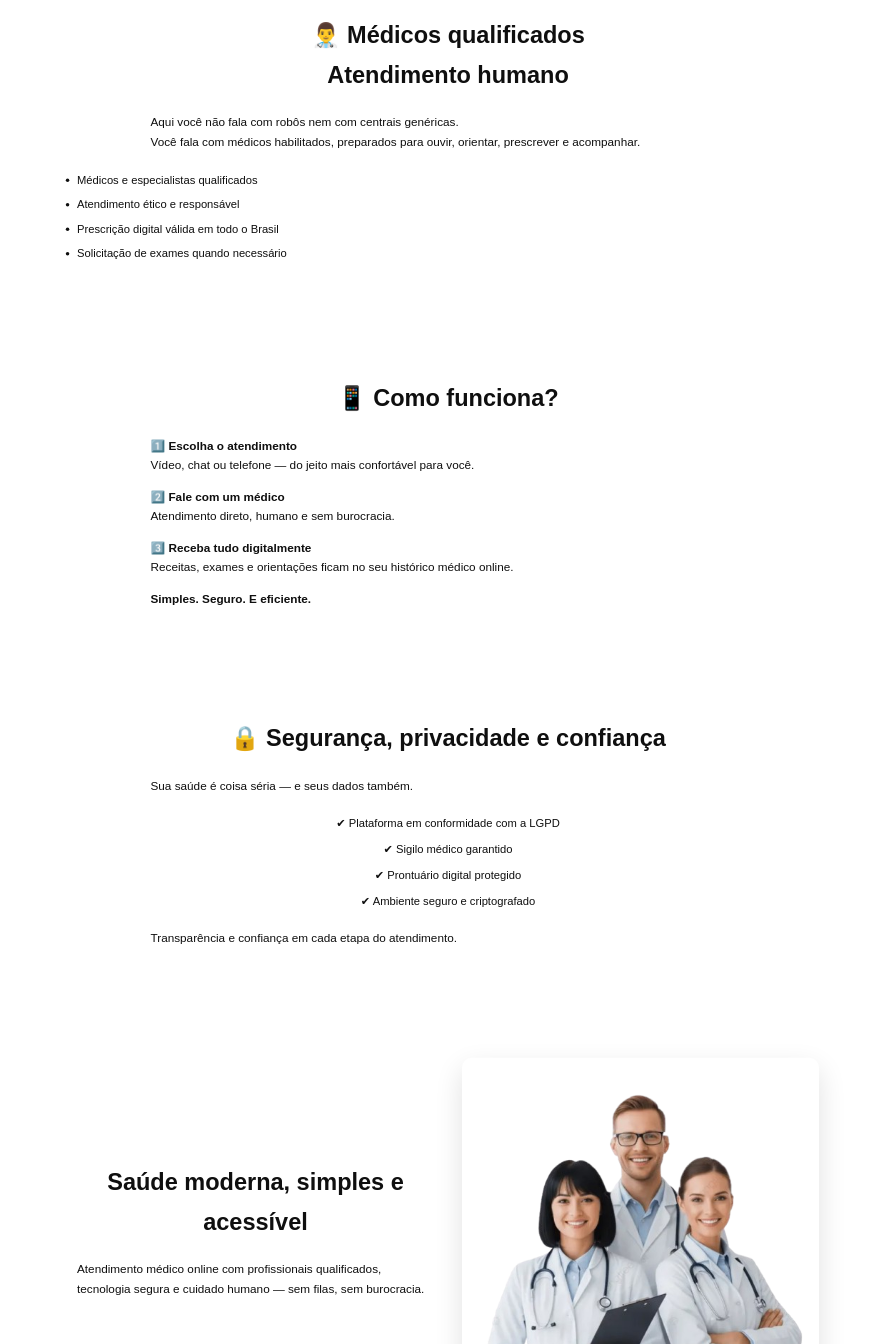
Repository: RenSkywalker/poli-doctor-landing
Page: index.html
The author's editor kept a copy of each file at every save. The page is drawn from the files as they stood at one save, then again after the next save.
The browser window is 1280 px wide. The pictures show the part of the page from y = 2453 to 4373 px (the page is 8981 px tall before and 9011 px after), at 70% of full size.

Above is the page before, as saved 2026-01-15 15:41:54.

After the next save:
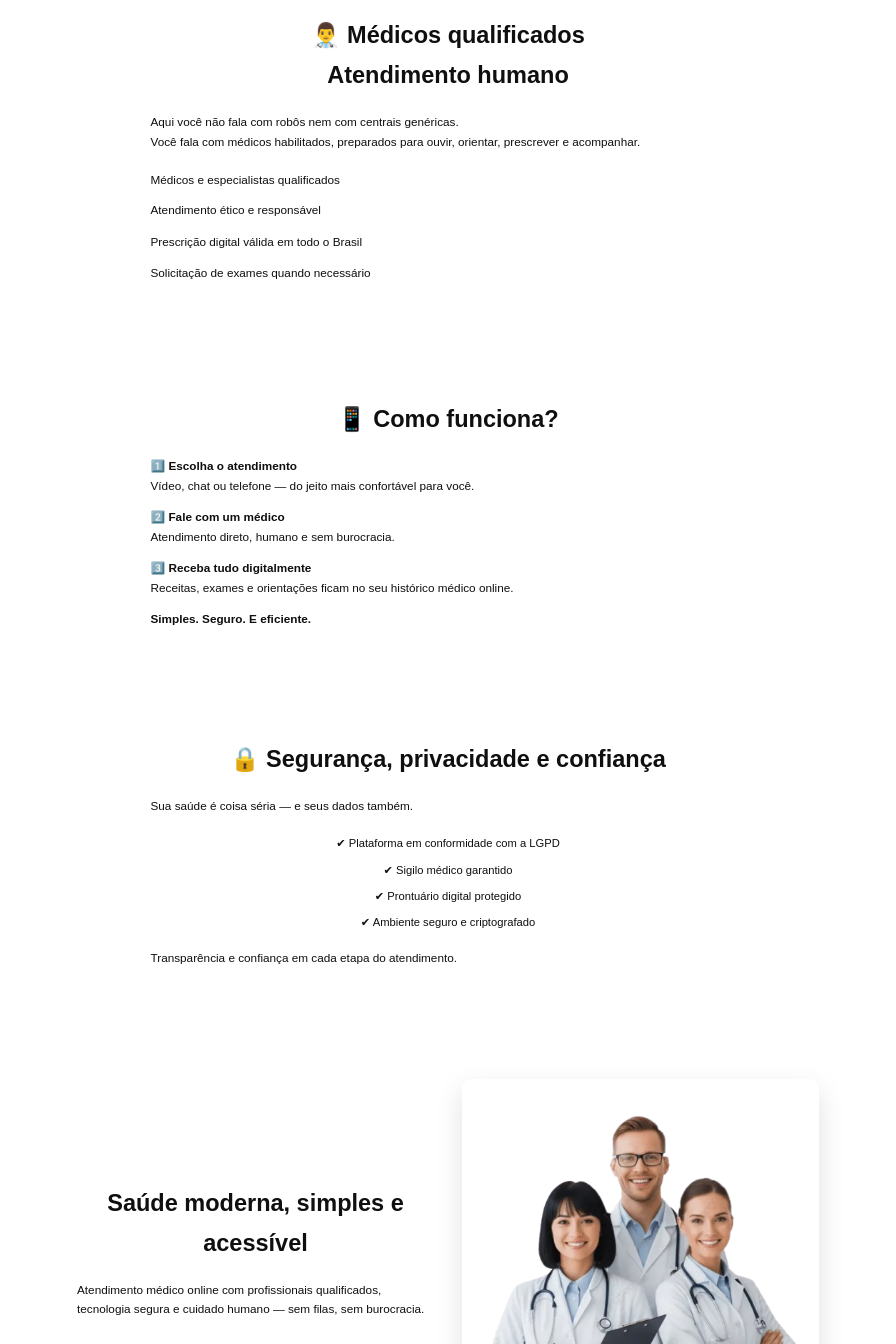
Saved 70 s later.
--- a/index.html
+++ b/index.html
@@ -102,10 +102,10 @@
     </p>
 
     <ul>
-      <li>Médicos e especialistas qualificados</li>
-      <li>Atendimento ético e responsável</li>
-      <li>Prescrição digital válida em todo o Brasil</li>
-      <li>Solicitação de exames quando necessário</li>
+      <p>Médicos e especialistas qualificados</p>
+      <p>Atendimento ético e responsável</p>
+      <p>Prescrição digital válida em todo o Brasil</p>
+      <p>Solicitação de exames quando necessário</p>
     </ul>
   </div>
 </section>
